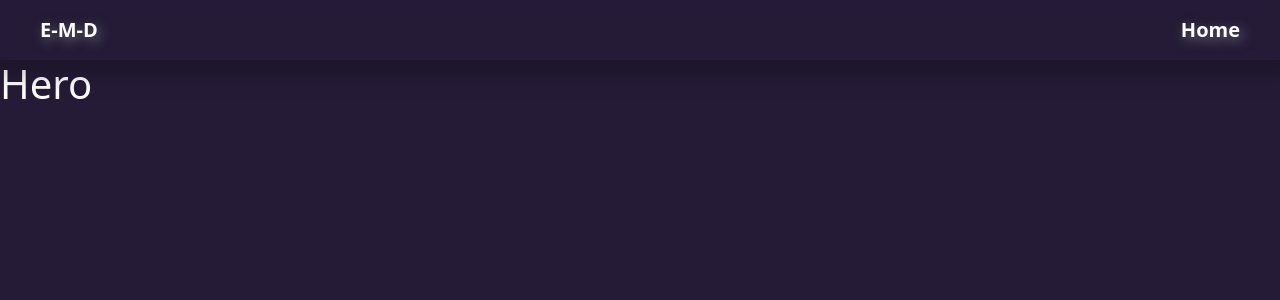
Repository: iamevs/Employee-Management-System
Page: / (app in client/)
These files come from the project's save history. The page is drawn as it stood at one moment and after the next save; the edit follows.
The browser window is 1280 px wide. The pictures show the whole page.
The project was rebuilt for these pictures with package versions that can differ from the ones it lists, and the page was loaded fresh each time. Also part of the build but not shown: client/vite.config.js, client/src/App.css, client/src/components/Home.jsx, client/src/components/Register.jsx, client/src/components/Edit.jsx. Imported but missing from the stored project, and not drawn on this page: client/src/components/Details.

Above is the page before, as saved 2022-11-28 23:30:21.

### client/index.html
<html lang="en">
  <head>
    <meta charset="UTF-8" />
    <link rel="icon" type="image/svg+xml" href="/vite.svg" />
    <meta name="viewport" content="width=device-width, initial-scale=1.0" />
    <title>employee-management</title>
  </head>
  <body>
    <div id="root"></div>
    <script type="module" src="/src/main.jsx"></script>
  </body>
</html>

### client/src/main.jsx
import React, { StrictMode } from 'react';
import ReactDOM from 'react-dom';
import { createRoot } from "react-dom/client";
import './index.css';
import App from './App';
import { BrowserRouter } from "react-router-dom"
import ContextProvider from "./components/context/ContextProvider";
// root.render(
//   <StrictMode>
//   <ContextProvider>
//     <BrowserRouter>
//       <App />
//     </BrowserRouter>
//   </ContextProvider>
//   </StrictMode>
//   ,
//   document.getElementById('root')
// );


createRoot(document.getElementById('root')).render(
  <ContextProvider>
    <BrowserRouter>
      <App />
    </BrowserRouter>
  </ContextProvider>
)

### client/src/index.css
body {
  margin: 0;
  font-family: -apple-system, BlinkMacSystemFont, 'Segoe UI', 'Roboto', 'Oxygen',
    'Ubuntu', 'Cantarell', 'Fira Sans', 'Droid Sans', 'Helvetica Neue',
    sans-serif;
  -webkit-font-smoothing: antialiased;
  -moz-osx-font-smoothing: grayscale;
  background-color: #251B37 !important;
  color: #fff !important;
}

code {
  font-family: source-code-pro, Menlo, Monaco, Consolas, 'Courier New',
    monospace;
}

.btns{
  display: flex;
  justify-content: space-between;
}

### client/src/App.jsx
import './App.css';
import "../node_modules/bootstrap/dist/css/bootstrap.min.css"
import "../node_modules/bootstrap/dist/js/bootstrap.bundle.min.js"
import Navbar from './components/Navbar';
import Home from './components/Home';
import Register from './components/Register';
import Edit from './components/Edit';
import Details from './components/Details';
import Hero from "./components/Hero.jsx";
import {Routes,Route} from "react-router-dom"




function App() {
  return (
   <>
    <Navbar />
    <Routes>
      <Route path="/" element={<Hero/>} />
      <Route  path="/home" element={<Home/>} />
      <Route exact path="/register" element={<Register/>} />
      <Route exact path="/edit/:id" element={<Edit/>} />
      <Route exact path="/view/:id" element={<Details/>} />
    </Routes>

   </>
  );
}

export default App;

### client/src/components/context/ContextProvider.jsx
import React, { createContext, useState } from 'react'


export const adddata = createContext("");
export const updatedata = createContext("");
export const deldata = createContext("");

const ContextProvider = ({ children }) => {

    const [udata, setUdata] = useState("");
    const [updata, setUPdata] = useState("");
    const [dltdata, setDLTdata] = useState("");


    return (
        <adddata.Provider value={{ udata, setUdata }}>
            <updatedata.Provider value={{ updata, setUPdata }}>
                <deldata.Provider value={{dltdata, setDLTdata}}>
                    {children}
                </deldata.Provider>

            </updatedata.Provider>

        </adddata.Provider>
    )
}

export default ContextProvider;

### client/src/components/Navbar.jsx
import React from 'react'
import { NavLink } from 'react-router-dom'
import { Box, Stack } from "@mui/material";


const Navbar = () => {
    return (
        <Stack >
            <Box justifyContent={"space-between"} className="navbar navbar-expand-lg text-white" sx={{
                backgroundColor: "transparent",
                backdropFilter: "blur(10px) !important",
                position: "relative",
                color: "white",
                boxShadow: "4px 7px 20px 11px rgb(0 0 0 / 20%)",
                height: "60px",
                padding: "0 40px 0 40px",
            }}>
                <Box sx={{
                    fontSize: "20px",
                    textShadow: "3px 4px 12px #6c757d",
                    fontWeight: "bold",
                }}>E-M-D</Box>
                <Box>
                    <a href="/home" style={{
                        color: "white",
                        fontSize: "20px",
                        textShadow: "3px 4px 12px #6c757d",
                        fontWeight: "bold",
                        textDecoration: "none",
                    }}>Home</a>
                </Box>
            </Box>
        </Stack>
    )
}

export default Navbar

### client/src/components/Hero.jsx
import React from "react";

const Hero = () => {
    return (
        <div>
            <h1>Hero</h1>
        </div>
    );
}

export default Hero;

After the next save:
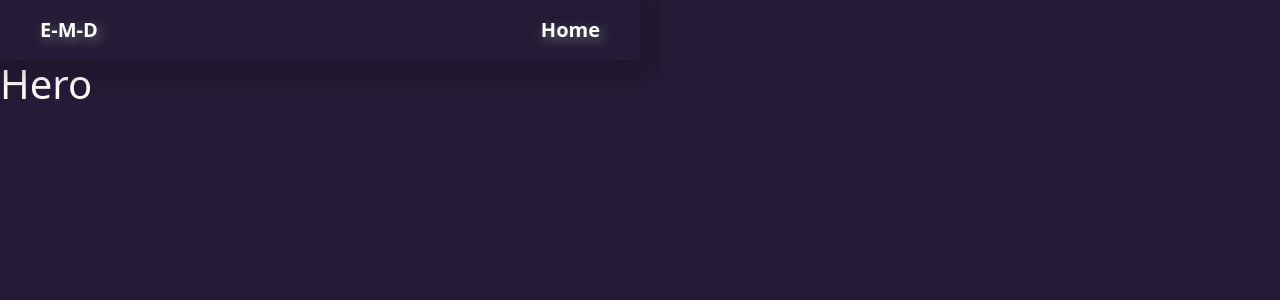
Saved 19 s later.
--- a/client/src/components/Navbar.jsx
+++ b/client/src/components/Navbar.jsx
@@ -14,6 +14,7 @@ const Navbar = () => {
                 boxShadow: "4px 7px 20px 11px rgb(0 0 0 / 20%)",
                 height: "60px",
                 padding: "0 40px 0 40px",
+                width: "50%"
             }}>
                 <Box sx={{
                     fontSize: "20px",
